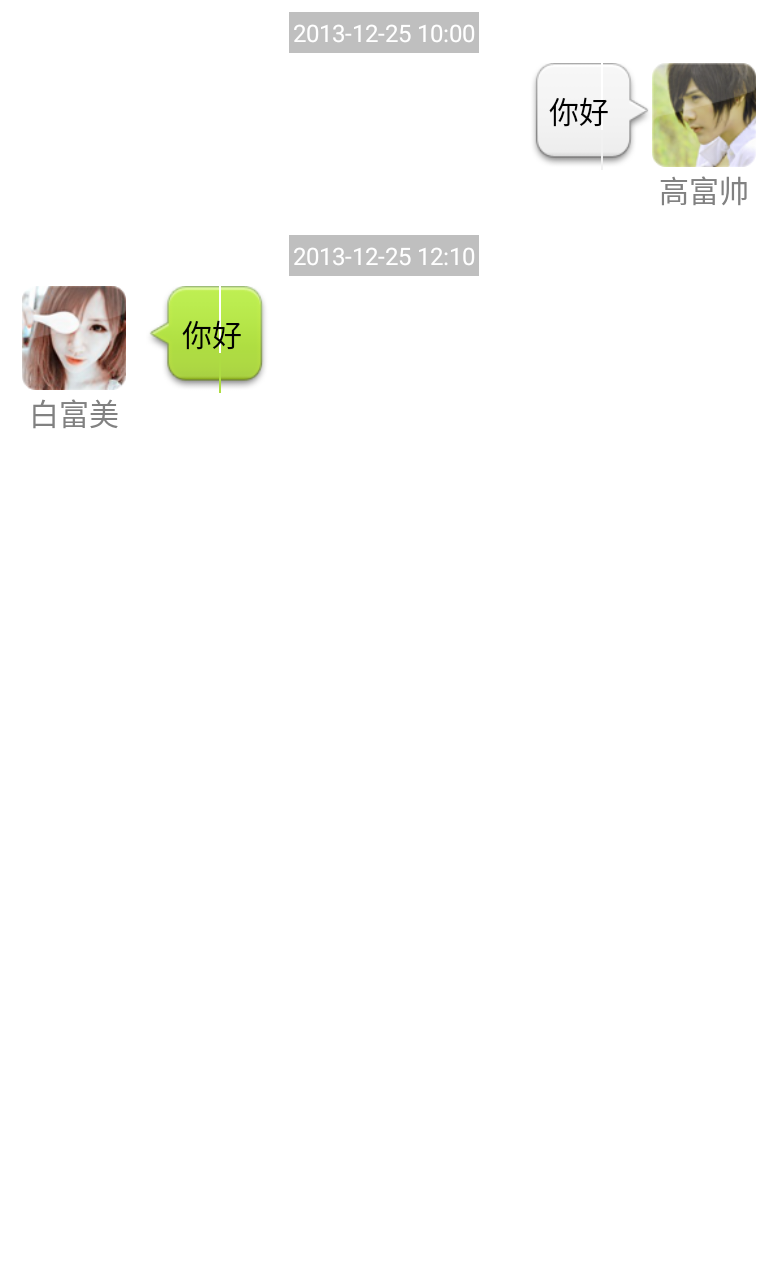
Repository: CiLiNet-Android/courseware
Layout: Android用户界面/TextView/SourceCodes/TextViewDemo/res/layout/activity_weixinchart.xml
The author's editor kept a copy of each file at every save. The layout is drawn from the files as they stood at one save, then again after the next save.
It is drawn on a 768 x 1280 px phone screen (xhdpi) without system bars, with theme AppTheme; the app's code is not run.

Above is the layout before, as saved 2013-12-24 08:15:34.

After the next save:
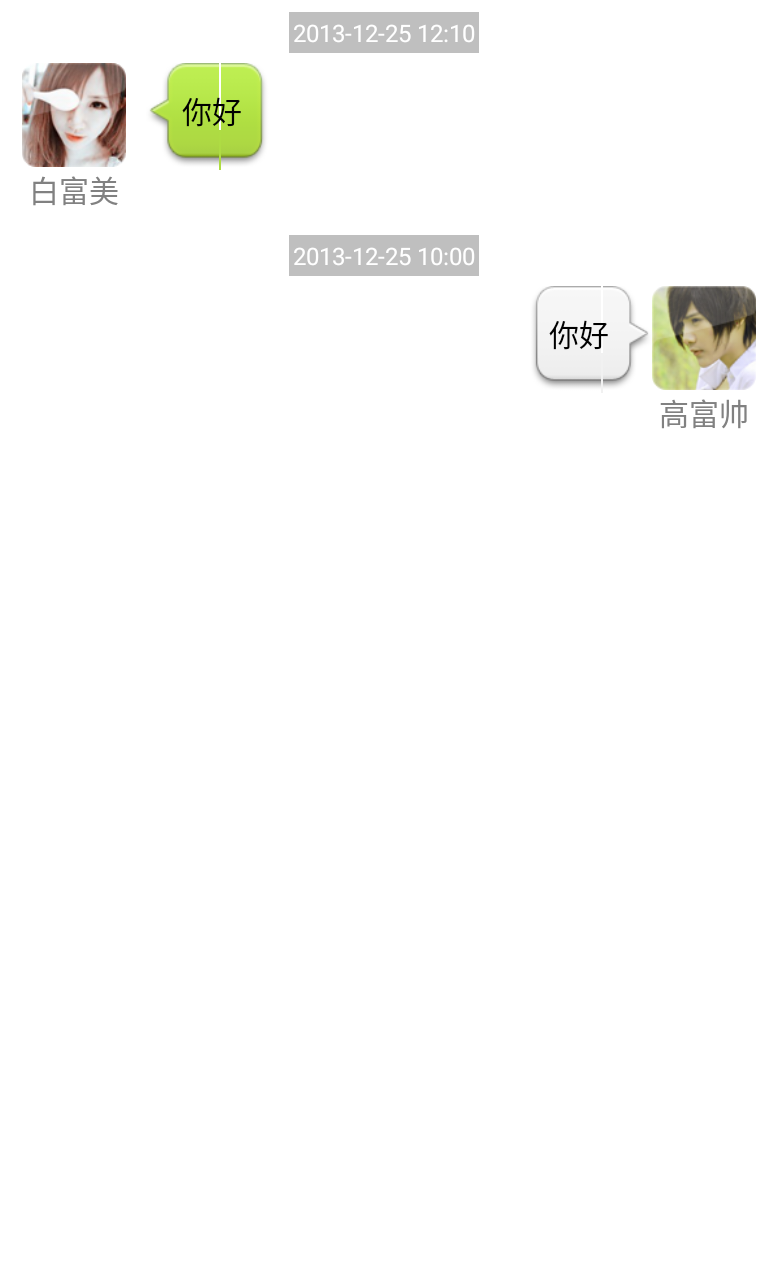
Saved 16 s later.
--- a/Android用户界面/TextView/SourceCodes/TextViewDemo/res/layout/activity_weixinchart.xml
+++ b/Android用户界面/TextView/SourceCodes/TextViewDemo/res/layout/activity_weixinchart.xml
@@ -4,14 +4,16 @@
     android:layout_height="match_parent"
     android:orientation="vertical">
 
+    <!-- 接收的信息 -->
+    <include
+        layout="@layout/include_weixinchart_left_item"
+        android:id="@+id/lyot_leftItem"/>
+
     <!-- 发送的信息 -->
     <include
         layout="@layout/include_weixinchart_right_item"
         android:id="@+id/lyot_rightItem"/>
 
-    <!-- 接收的信息 -->
-    <include
-        layout="@layout/include_weixinchart_left_item"
-        android:id="@+id/lyot_leftItem"/>
+
 
 </LinearLayout>
